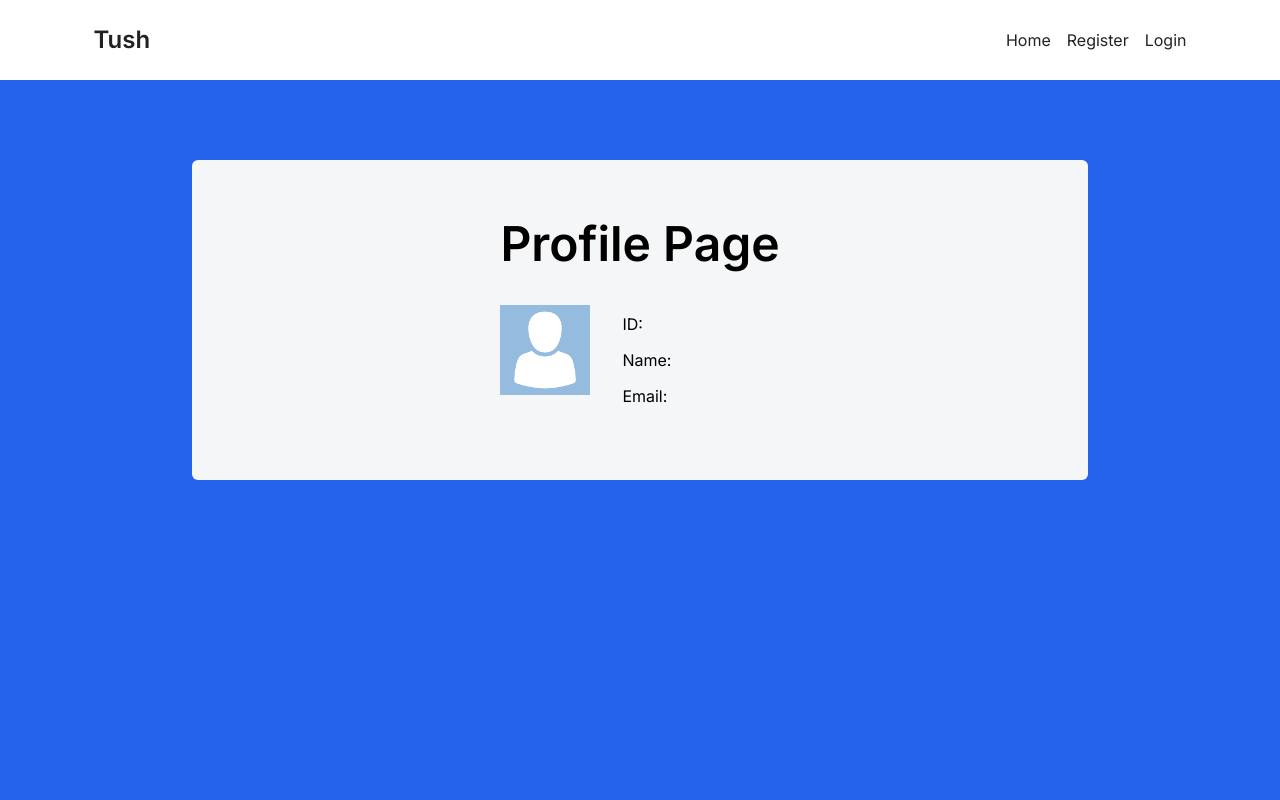
Repository: tushcmd/next-auth
Page: /profile
These files come from the project's save history. The page is drawn as it stood at one moment and after the next save; the edit follows.
The browser window is 1280 px wide. The pictures show the whole page.
The page's requests for data from a server got no answer. The project was rebuilt for these pictures with package versions that can differ from the ones it lists, and the page was loaded fresh each time. The framework's server and built-in components were replaced by stand-ins that run in the browser. No one was signed in, and anything a server would have sent is missing. Also part of the build but not shown: next.config.mjs.

Above is the page before, as saved 2024-04-04 08:01:38.

### app/layout.tsx
import type { Metadata } from "next";
import { Inter } from "next/font/google";
import "./globals.css";
import { Toaster } from "react-hot-toast";
import { SessionProvider } from "next-auth/react";

const inter = Inter({ subsets: ["latin"] });

export const metadata: Metadata = {
  title: "Create Next App",
  description: "Generated by create next app",
};

export default function RootLayout({
  children,
}: Readonly<{
  children: React.ReactNode;
}>) {
  return (
    <html lang="en">
      <body className={inter.className}>
        <SessionProvider>{children}</SessionProvider>
        <Toaster />
      </body>
    </html>
  );
}

### app/profile/page.tsx
import { auth } from "@/auth";
import Header from "@/components/header";
import Image from "next/image";
import { redirect } from "next/navigation";

export default async function ProfilePage() {
  const session = await auth();

  // if (!session?.user) {
  //   return redirect("/api/auth/signin");
  // }

  const user = session?.user;

  return (
    <>
      <Header />
      <section className="bg-ct-blue-600  min-h-screen pt-20">
        <div className="max-w-4xl mx-auto bg-ct-dark-100 rounded-md h-[20rem] flex justify-center items-center">
          <div>
            <p className="mb-3 text-5xl text-center font-semibold">
              Profile Page
            </p>
            <div className="flex items-center gap-8">
              <div>
                <Image
                  src={user?.image ? user.image : "/images/default.png"}
                  alt={`profile photo of ${user?.name}`}
                  width={90}
                  height={90}
                />
              </div>
              <div className="mt-8">
                <p className="mb-3">ID: {user?.id}</p>
                <p className="mb-3">Name: {user?.name}</p>
                <p className="mb-3">Email: {user?.email}</p>
              </div>
            </div>
          </div>
        </div>
      </section>
    </>
  );
}

### auth.ts
import NextAuth from 'next-auth'
import prisma from './prisma/prisma';
import { PrismaAdapter } from '@auth/prisma-adapter';
import github from 'next-auth/providers/github';
import google from 'next-auth/providers/google';

import CredentialsProvider from 'next-auth/providers/credentials';
import bcrypt from 'bcryptjs'

export const { handlers, auth, signIn, signOut } = NextAuth({
  session: { strategy: "jwt" },
  adapter: PrismaAdapter(prisma),
  pages: {
    signIn: "/login",
  },
  providers: [
    github,
    google,
    CredentialsProvider({
      name: "Sign in",
      id: "credentials",
      credentials: {
        email: {
          label: "Email",
          type: "email",
          placeholder: "example@example.com",
        },
        password: { label: "Password", type: "password" },
      },
      async authorize(credentials) {
        if (!credentials?.email || !credentials.password) {
          return null;
        }

        const user = await prisma.user.findUnique({
          where: {
            email: String(credentials.email),
          },
        });

        if (
          !user ||
          !(await bcrypt.compare(String(credentials.password), user.password!))
        ) {
          return null;
        }

        return {
          id: user.id,
          email: user.email,
          name: user.name,
          randomKey: "Very random",
        };
      },
    }),
  ],
});

### components/header.tsx
import { auth, signOut } from '@/auth';
import Link from 'next/link';

const Header = async () => {
  const session = await auth();
  const user = session?.user;

  const logoutAction = async () => {
    'use server';
    await signOut();
  };

  return (
    <header className='bg-white h-20'>
      <nav className='h-full flex justify-between container items-center'>
        <div>
          <Link href='/' className='text-ct-dark-600 text-2xl font-semibold'>
            Tush
          </Link>
        </div>
        <ul className='flex items-center space-x-4'>
          <li>
            <Link href='/' className='text-ct-dark-600'>
              Home
            </Link>
          </li>
          {!user && (
            <>
              <li>
                <Link href='/register' className='text-ct-dark-600'>
                  Register
                </Link>
              </li>
              <li>
                <Link href='/login' className='text-ct-dark-600'>
                  Login
                </Link>
              </li>
            </>
          )}
          {user && (
            <form action={logoutAction} className='flex'>
              <li>
                <Link href='/client-side' className='text-ct-dark-600'>
                  Client
                </Link>
              </li>
              <li className='ml-4'>
                <Link href='/profile' className='text-ct-dark-600'>
                  Profile
                </Link>
              </li>
              <li className='ml-4'>
                <button>Logout</button>
              </li>
            </form>
          )}
        </ul>
      </nav>
    </header>
  );
};

export default Header;

### prisma/prisma.ts
import { PrismaClient } from '@prisma/client';

const prismaClientSingleton = () => {
  return new PrismaClient();
};

declare global {
  var prisma: undefined | ReturnType<typeof prismaClientSingleton>;
}

const prisma = globalThis.prisma ?? prismaClientSingleton();

export default prisma;

if (process.env.NODE_ENV !== 'production') globalThis.prisma = prisma;

### tailwind.config.ts
import type { Config } from 'tailwindcss';

const config: Config = {
  content: [
    './pages/**/*.{js,ts,jsx,tsx,mdx}',
    './components/**/*.{js,ts,jsx,tsx,mdx}',
    './app/**/*.{js,ts,jsx,tsx,mdx}',
  ],
  theme: {
    extend: {
      colors: {
        'ct-dark-600': '#222',
        'ct-dark-200': '#e5e7eb',
        'ct-dark-100': '#f5f6f7',
        'ct-blue-600': '#2363eb',
        'ct-yellow-600': '#f9d13e',
      },
      fontFamily: {
        Poppins: ['Poppins, sans-serif'],
      },
      container: {
        center: true,
        padding: '1rem',
        screens: {
          lg: '1125px',
          xl: '1125px',
          '2xl': '1125px',
        },
      },
    },
  },
  plugins: [],
};
export default config;

Loaded but not shown: app/globals.css (common file)

After the next save:
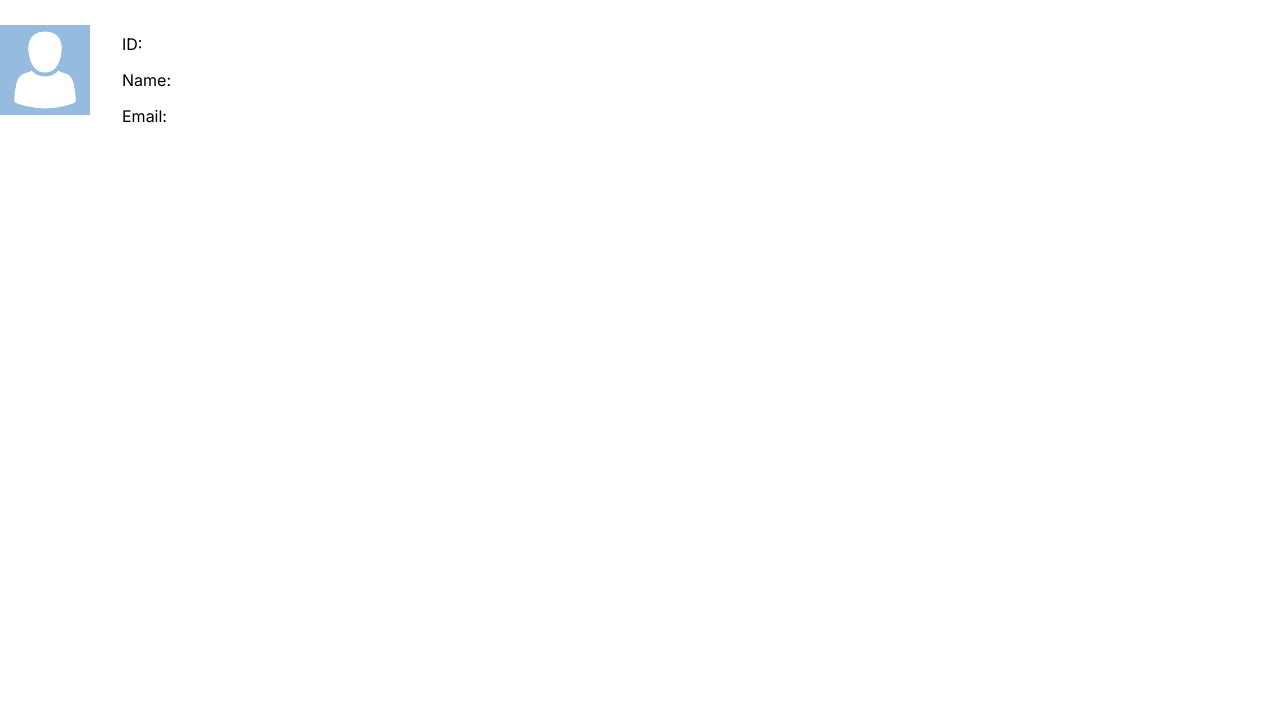
Saved 47 min 29 s later.
--- a/app/profile/page.tsx
+++ b/app/profile/page.tsx
@@ -1,44 +1,26 @@
-import { auth } from "@/auth";
-import Header from "@/components/header";
-import Image from "next/image";
-import { redirect } from "next/navigation";
+import { auth } from '@/auth';
+import Image from 'next/image';
 
 export default async function ProfilePage() {
   const session = await auth();
 
-  // if (!session?.user) {
-  //   return redirect("/api/auth/signin");
-  // }
-
   const user = session?.user;
 
   return (
-    <>
-      <Header />
-      <section className="bg-ct-blue-600  min-h-screen pt-20">
-        <div className="max-w-4xl mx-auto bg-ct-dark-100 rounded-md h-[20rem] flex justify-center items-center">
-          <div>
-            <p className="mb-3 text-5xl text-center font-semibold">
-              Profile Page
-            </p>
-            <div className="flex items-center gap-8">
-              <div>
-                <Image
-                  src={user?.image ? user.image : "/images/default.png"}
-                  alt={`profile photo of ${user?.name}`}
-                  width={90}
-                  height={90}
-                />
-              </div>
-              <div className="mt-8">
-                <p className="mb-3">ID: {user?.id}</p>
-                <p className="mb-3">Name: {user?.name}</p>
-                <p className="mb-3">Email: {user?.email}</p>
-              </div>
-            </div>
-          </div>
-        </div>
-      </section>
-    </>
+    <div className='flex items-center gap-8'>
+      <div>
+        <Image
+          src={user?.image ? user.image : '/images/default.png'}
+          alt={`profile photo of ${user?.name}`}
+          width={90}
+          height={90}
+        />
+      </div>
+      <div className='mt-8'>
+        <p className='mb-3'>ID: {user?.id}</p>
+        <p className='mb-3'>Name: {user?.name}</p>
+        <p className='mb-3'>Email: {user?.email}</p>
+      </div>
+    </div>
   );
 }
